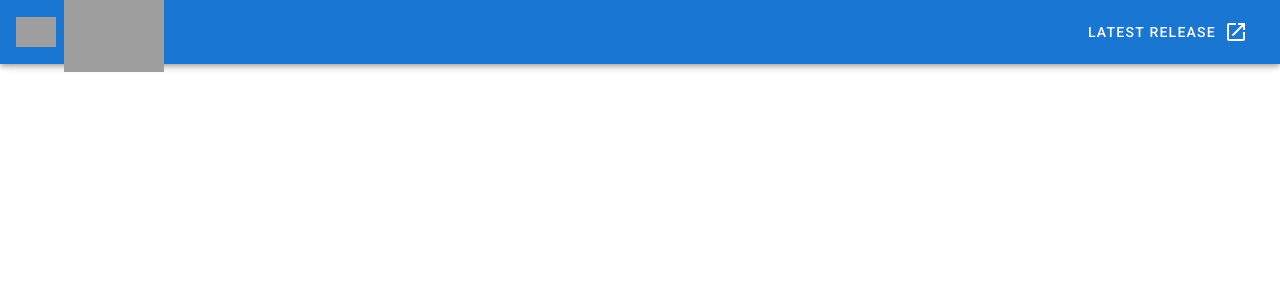
Repository: jeffersontads/project-vuejs
Page: /contact
An editor plug-in stored every save of this project. The page is shown before and after the next save, followed by the edit.
The browser window is 1280 px wide. The pictures show the whole page.
Pictures or frames that could not be fetched are drawn as grey boxes. The project was rebuilt for these pictures with package versions that can differ from the ones it lists, and the page was loaded fresh each time. Also part of the build but not shown: vue.config.js.

Above is the page before, as saved 2021-10-29 16:23:44.

### src/router/index.js
import Vue from 'vue'
import VueRouter from 'vue-router'
import Home from '../views/Home.vue'

Vue.use(VueRouter)

const routes = [
  {
    path: '/',
    name: 'Home',
    component: Home
  },
  {
    path: '/about',
    name: 'About',
    component: () => import(/* webpackChunkName: "about" */ '../views/About.vue')
  },
  {
    path: '/crud',
    name: 'crud',
    component: () => import(/* webpackChunkName: "about" */ '../views/Crud.vue')
  }
]

const router = new VueRouter({
  routes
})


export default router

### src/components/HelloWorld.vue
<template>
  <v-container>
    <v-row class="text-center">
      <h1 class="display-2 font-weight-bold mb-4 mt-4">

      </h1>
    </v-row>
  </v-container>
</template>

<script>
  export default {
    name: 'HelloWorld',

    data: () => ({
      ecosystem: [
        {
          text: 'vuetify-loader',
          href: 'https://github.com/vuetifyjs/vuetify-loader',
        },
        {
          text: 'github',
          href: 'https://github.com/vuetifyjs/vuetify',
        },
        {
          text: 'awesome-vuetify',
          href: 'https://github.com/vuetifyjs/awesome-vuetify',
        },
      ],
      importantLinks: [
        {
          text: 'Documentation',
          href: 'https://vuetifyjs.com',
        },
        {
          text: 'Chat',
          href: 'https://community.vuetifyjs.com',
        },
        {
          text: 'Made with Vuetify',
          href: 'https://madewithvuejs.com/vuetify',
        },
        {
          text: 'Twitter',
          href: 'https://twitter.com/vuetifyjs',
        },
        {
          text: 'Articles',
          href: 'https://medium.com/vuetify',
        },
      ],
      whatsNext: [
        {
          text: 'Explore components',
          href: 'https://vuetifyjs.com/components/api-explorer',
        },
        {
          text: 'Select a layout',
          href: 'https://vuetifyjs.com/getting-started/pre-made-layouts',
        },
        {
          text: 'Frequently Asked Questions',
          href: 'https://vuetifyjs.com/getting-started/frequently-asked-questions',
        },
      ],
    }),
  }
</script>

Loaded but not shown: public/index.html (common file); src/main.js (common file); src/App.vue (common file); src/registerServiceWorker.js (common file); src/store/index.js (common file); src/plugins/vuetify.js (common file); src/views/Home.vue (common file)

After the next save:
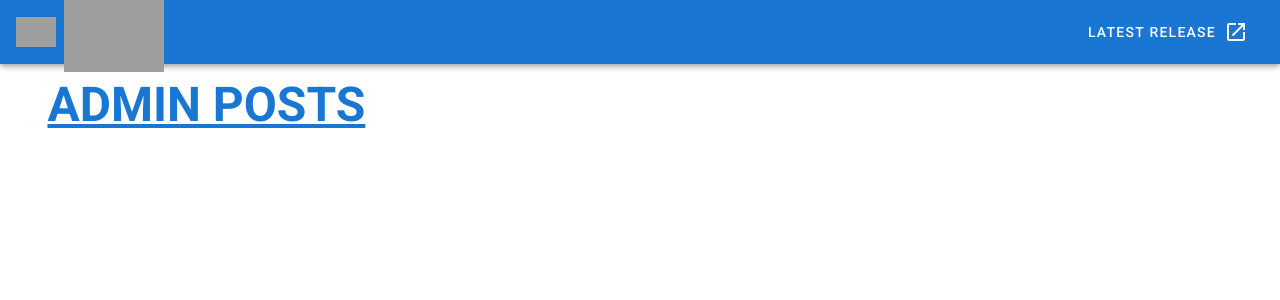
Saved 2 min 7 s later.
--- a/src/components/HelloWorld.vue
+++ b/src/components/HelloWorld.vue
@@ -2,7 +2,7 @@
   <v-container>
     <v-row class="text-center">
       <h1 class="display-2 font-weight-bold mb-4 mt-4">
-
+      <router-link to="/crud">ADMIN POSTS</router-link>
       </h1>
     </v-row>
   </v-container>
